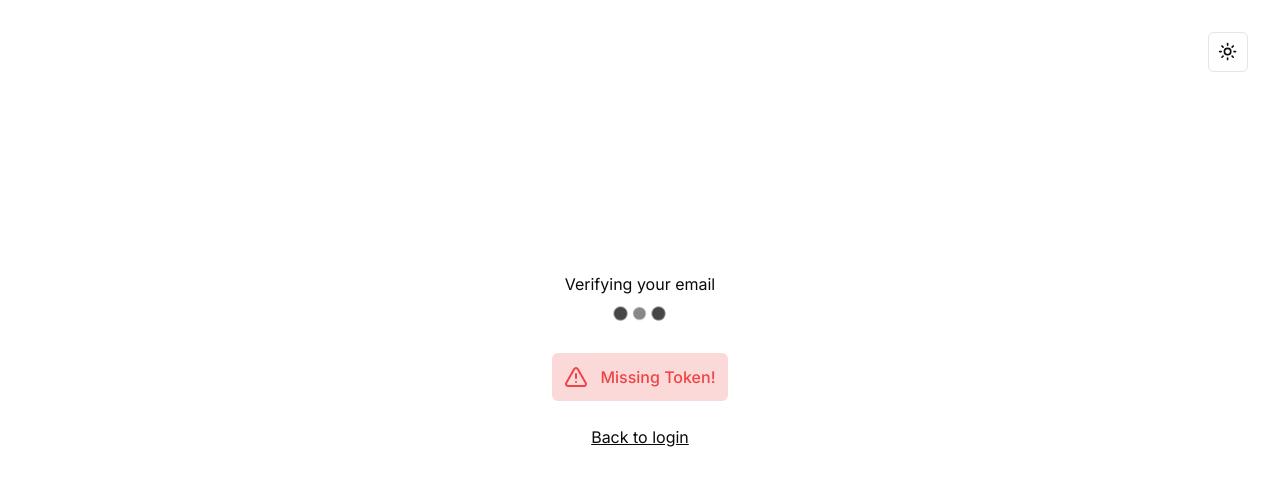
Repository: nickgoel31/authentication-toolkit
Page: /auth/verify-email
An editor plug-in stored every save of this project. The page is shown before and after the next save, followed by the edit.
The browser window is 1280 px wide. The pictures show the whole page.
The project was rebuilt for these pictures with package versions that can differ from the ones it lists, and the page was loaded fresh each time. The framework's server and built-in components were replaced by stand-ins that run in the browser. Also part of the build but not shown: next.config.mjs, components/auth/success-message.tsx.

Above is the page before, as saved 2024-02-05 20:01:19.

### app/layout.tsx
import type { Metadata } from "next";
import { Inter } from "next/font/google";
import "./globals.css";
import { ThemeProvider } from "@/providers/theme-provider";
import { ModeToggle } from "@/components/mode-toggle";

const inter = Inter({ subsets: ["latin"] });

export const metadata: Metadata = {
  title: "Authentication App",
  description: "Generated by create next app",
};

export default function RootLayout({
  children,
}: Readonly<{
  children: React.ReactNode;
}>) {
  return (
    <html lang="en">
      <body className={inter.className}>
      <ThemeProvider
        attribute="class"
        defaultTheme="system"
        enableSystem
        disableTransitionOnChange
        >
        <div className="relative h-full">
          {children}

        </div>

      </ThemeProvider>
      </body>
    </html>
  );
}

### app/(auth)/layout.tsx
import { ModeToggle } from '@/components/mode-toggle'
import React from 'react'

const AuthLayout = ({children} : {children:React.ReactNode}) => {
  return (
    <div className='h-full flex flex-col items-center justify-center relative'>
      <div className="absolute top-8 right-8">
            <ModeToggle />
          </div>
        {children}
    </div>
  )
}

export default AuthLayout

### app/(auth)/auth/verify-email/page.tsx
"use client"


import { newVerification } from '@/actions/new-verification'
import ErrorMessage from '@/components/auth/error-message'
import SuccessMessage from '@/components/auth/success-message'
import Link from 'next/link'
import { useSearchParams } from 'next/navigation'
import React, { useCallback, useEffect, useState } from 'react'
import {BeatLoader} from "react-spinners"

const VerifyEmailPage = () => {
  const [error, setError] = useState<string | undefined>()
  const [success, setSuccess] = useState<string | undefined>()

    const searchParams = useSearchParams()

    const token = searchParams.get("token");

    const onSubmit = useCallback(() => {
      if(!token){
        setError("Missing Token!")
        return;
      }
      newVerification(token)
      .then((data) => {
        setSuccess(data.success);
        setError(data.error);
      })
      .catch(() => {
        setError("Something went wrong!")
      })
    },[])

    useEffect(() => {
      onSubmit()
    },[onSubmit])


  return (
    <div className='flex items-center justify-center gap-2 flex-col'>
        <h1>Verifying your email</h1>
        <div className='dark:hidden'>
            <BeatLoader />
        </div>
        <div className='hidden dark:block'>
            <BeatLoader color='white'/>
        </div>
        <SuccessMessage message={success}/>
        <ErrorMessage message={error}/>
        <Link href={"/sign-in"} className='underline'>Back to login</Link>
    </div>
  )
}

export default VerifyEmailPage

### app/globals.css
@tailwind base;
@tailwind components;
@tailwind utilities;

html,body{
  height: 100%;
}

@layer base {
  :root {
    --background: 0 0% 100%;
    --foreground: 0 0% 3.9%;

    --card: 0 0% 100%;
    --card-foreground: 0 0% 3.9%;

    --popover: 0 0% 100%;
    --popover-foreground: 0 0% 3.9%;

    --primary: 0 0% 9%;
    --primary-foreground: 0 0% 98%;

    --secondary: 0 0% 96.1%;
    --secondary-foreground: 0 0% 9%;

    --muted: 0 0% 96.1%;
    --muted-foreground: 0 0% 45.1%;

    --accent: 0 0% 96.1%;
    --accent-foreground: 0 0% 9%;

    --destructive: 0 84.2% 60.2%;
    --destructive-foreground: 0 0% 98%;

    --border: 0 0% 89.8%;
    --input: 0 0% 89.8%;
    --ring: 0 0% 3.9%;

    --radius: 0.5rem;
  }

  .dark {
    --background: 0 0% 3.9%;
    --foreground: 0 0% 98%;

    --card: 0 0% 3.9%;
    --card-foreground: 0 0% 98%;

    --popover: 0 0% 3.9%;
    --popover-foreground: 0 0% 98%;

    --primary: 0 0% 98%;
    --primary-foreground: 0 0% 9%;

    --secondary: 0 0% 14.9%;
    --secondary-foreground: 0 0% 98%;

    --muted: 0 0% 14.9%;
    --muted-foreground: 0 0% 63.9%;

    --accent: 0 0% 14.9%;
    --accent-foreground: 0 0% 98%;

    --destructive: 0 62.8% 30.6%;
    --destructive-foreground: 0 0% 98%;

    --border: 0 0% 14.9%;
    --input: 0 0% 14.9%;
    --ring: 0 0% 83.1%;
  }
}

@layer base {
  * {
    @apply border-border;
  }
  body {
    @apply bg-background text-foreground;
  }
}

### components/mode-toggle.tsx
"use client"

import * as React from "react"
import { Moon, Sun } from "lucide-react"
import { useTheme } from "next-themes"

import { Button } from "@/components/ui/button"
import {
  DropdownMenu,
  DropdownMenuContent,
  DropdownMenuItem,
  DropdownMenuTrigger,
} from "@/components/ui/dropdown-menu"

export function ModeToggle() {
  const { setTheme } = useTheme()

  return (
    <DropdownMenu>
      <DropdownMenuTrigger asChild>
        <Button variant="outline" size="icon">
          <Sun className="h-[1.2rem] w-[1.2rem] rotate-0 scale-100 transition-all dark:-rotate-90 dark:scale-0" />
          <Moon className="absolute h-[1.2rem] w-[1.2rem] rotate-90 scale-0 transition-all dark:rotate-0 dark:scale-100" />
          <span className="sr-only">Toggle theme</span>
        </Button>
      </DropdownMenuTrigger>
      <DropdownMenuContent align="end">
        <DropdownMenuItem onClick={() => setTheme("light")}>
          Light
        </DropdownMenuItem>
        <DropdownMenuItem onClick={() => setTheme("dark")}>
          Dark
        </DropdownMenuItem>
        <DropdownMenuItem onClick={() => setTheme("system")}>
          System
        </DropdownMenuItem>
      </DropdownMenuContent>
    </DropdownMenu>
  )
}

### actions/new-verification.ts
"use server"

import { getUserByEmail } from "@/helpers/auth-helper"
import { getVerificationTokenByToken } from "@/helpers/verification-helper"
import { db } from "@/lib/db"

export const newVerification = async (token:string) => {
    const existingToken = await getVerificationTokenByToken(token)

    if(!existingToken){
        return {error: "Token does not exist!"}
    }

    const hasExpired = new Date(existingToken.expiresOn) < new Date();

    if(hasExpired) {
        return {error: "Your Token has expired"}
    }

    const existingUser = await getUserByEmail(existingToken.email);

    if(!existingUser){
        return {error: "Email doesn't exist!"}
    }

    await db.user.update({
        where:{id: existingUser.id},
        data: {
            emailVerified: new Date(),
            email: existingToken.email
        }
    })

    await db.verificationToken.delete({
        where: {id:existingToken.id}
    })

    return {success: "Email Verified!"}

}

### components/auth/error-message.tsx
import { AlertTriangle } from 'lucide-react'
import React from 'react'

const ErrorMessage = ({message} : {message?: string}) => {

    if(!message) return null;

  return (
    <div className='w-full p-3 flex items-center bg-destructive/20 text-destructive mt-4 gap-3 font-medium mb-4 rounded-md'>
        <AlertTriangle />
        {message}
    </div>
  )
}

export default ErrorMessage

### components/ui/button.tsx
import * as React from "react"
import { Slot } from "@radix-ui/react-slot"
import { cva, type VariantProps } from "class-variance-authority"

import { cn } from "@/lib/utils"

const buttonVariants = cva(
  "inline-flex items-center justify-center whitespace-nowrap rounded-md text-sm font-medium ring-offset-background transition-colors focus-visible:outline-none focus-visible:ring-2 focus-visible:ring-ring focus-visible:ring-offset-2 disabled:pointer-events-none disabled:opacity-50",
  {
    variants: {
      variant: {
        default: "bg-primary text-primary-foreground hover:bg-primary/90",
        destructive:
          "bg-destructive text-destructive-foreground hover:bg-destructive/90",
        outline:
          "border border-input bg-background hover:bg-accent hover:text-accent-foreground",
        secondary:
          "bg-secondary text-secondary-foreground hover:bg-secondary/80",
        ghost: "hover:bg-accent hover:text-accent-foreground",
        link: "text-primary underline-offset-4 hover:underline",
      },
      size: {
        default: "h-10 px-4 py-2",
        sm: "h-9 rounded-md px-3",
        lg: "h-11 rounded-md px-8",
        icon: "h-10 w-10",
      },
    },
    defaultVariants: {
      variant: "default",
      size: "default",
    },
  }
)

export interface ButtonProps
  extends React.ButtonHTMLAttributes<HTMLButtonElement>,
    VariantProps<typeof buttonVariants> {
  asChild?: boolean
}

const Button = React.forwardRef<HTMLButtonElement, ButtonProps>(
  ({ className, variant, size, asChild = false, ...props }, ref) => {
    const Comp = asChild ? Slot : "button"
    return (
      <Comp
        className={cn(buttonVariants({ variant, size, className }))}
        ref={ref}
        {...props}
      />
    )
  }
)
Button.displayName = "Button"

export { Button, buttonVariants }

### components/ui/dropdown-menu.tsx
"use client"

import * as React from "react"
import * as DropdownMenuPrimitive from "@radix-ui/react-dropdown-menu"
import { Check, ChevronRight, Circle } from "lucide-react"

import { cn } from "@/lib/utils"

const DropdownMenu = DropdownMenuPrimitive.Root

const DropdownMenuTrigger = DropdownMenuPrimitive.Trigger

const DropdownMenuGroup = DropdownMenuPrimitive.Group

const DropdownMenuPortal = DropdownMenuPrimitive.Portal

const DropdownMenuSub = DropdownMenuPrimitive.Sub

const DropdownMenuRadioGroup = DropdownMenuPrimitive.RadioGroup

const DropdownMenuSubTrigger = React.forwardRef<
  React.ElementRef<typeof DropdownMenuPrimitive.SubTrigger>,
  React.ComponentPropsWithoutRef<typeof DropdownMenuPrimitive.SubTrigger> & {
    inset?: boolean
  }
>(({ className, inset, children, ...props }, ref) => (
  <DropdownMenuPrimitive.SubTrigger
    ref={ref}
    className={cn(
      "flex cursor-default select-none items-center rounded-sm px-2 py-1.5 text-sm outline-none focus:bg-accent data-[state=open]:bg-accent",
      inset && "pl-8",
      className
    )}
    {...props}
  >
    {children}
    <ChevronRight className="ml-auto h-4 w-4" />
  </DropdownMenuPrimitive.SubTrigger>
))
DropdownMenuSubTrigger.displayName =
  DropdownMenuPrimitive.SubTrigger.displayName

const DropdownMenuSubContent = React.forwardRef<
  React.ElementRef<typeof DropdownMenuPrimitive.SubContent>,
  React.ComponentPropsWithoutRef<typeof DropdownMenuPrimitive.SubContent>
>(({ className, ...props }, ref) => (
  <DropdownMenuPrimitive.SubContent
    ref={ref}
    className={cn(
      "z-50 min-w-[8rem] overflow-hidden rounded-md border bg-popover p-1 text-popover-foreground shadow-lg data-[state=open]:animate-in data-[state=closed]:animate-out data-[state=closed]:fade-out-0 data-[state=open]:fade-in-0 data-[state=closed]:zoom-out-95 data-[state=open]:zoom-in-95 data-[side=bottom]:slide-in-from-top-2 data-[side=left]:slide-in-from-right-2 data-[side=right]:slide-in-from-left-2 data-[side=top]:slide-in-from-bottom-2",
      className
    )}
    {...props}
  />
))
DropdownMenuSubContent.displayName =
  DropdownMenuPrimitive.SubContent.displayName

const DropdownMenuContent = React.forwardRef<
  React.ElementRef<typeof DropdownMenuPrimitive.Content>,
  React.ComponentPropsWithoutRef<typeof DropdownMenuPrimitive.Content>
>(({ className, sideOffset = 4, ...props }, ref) => (
  <DropdownMenuPrimitive.Portal>
    <DropdownMenuPrimitive.Content
      ref={ref}
      sideOffset={sideOffset}
      className={cn(
        "z-50 min-w-[8rem] overflow-hidden rounded-md border bg-popover p-1 text-popover-foreground shadow-md data-[state=open]:animate-in data-[state=closed]:animate-out data-[state=closed]:fade-out-0 data-[state=open]:fade-in-0 data-[state=closed]:zoom-out-95 data-[state=open]:zoom-in-95 data-[side=bottom]:slide-in-from-top-2 data-[side=left]:slide-in-from-right-2 data-[side=right]:slide-in-from-left-2 data-[side=top]:slide-in-from-bottom-2",
        className
      )}
      {...props}
    />
  </DropdownMenuPrimitive.Portal>
))
DropdownMenuContent.displayName = DropdownMenuPrimitive.Content.displayName

const DropdownMenuItem = React.forwardRef<
  React.ElementRef<typeof DropdownMenuPrimitive.Item>,
  React.ComponentPropsWithoutRef<typeof DropdownMenuPrimitive.Item> & {
    inset?: boolean
  }
>(({ className, inset, ...props }, ref) => (
  <DropdownMenuPrimitive.Item
    ref={ref}
    className={cn(
      "relative flex cursor-default select-none items-center rounded-sm px-2 py-1.5 text-sm outline-none transition-colors focus:bg-accent focus:text-accent-foreground data-[disabled]:pointer-events-none data-[disabled]:opacity-50",
      inset && "pl-8",
      className
    )}
    {...props}
  />
))
DropdownMenuItem.displayName = DropdownMenuPrimitive.Item.displayName

const DropdownMenuCheckboxItem = React.forwardRef<
  React.ElementRef<typeof DropdownMenuPrimitive.CheckboxItem>,
  React.ComponentPropsWithoutRef<typeof DropdownMenuPrimitive.CheckboxItem>
>(({ className, children, checked, ...props }, ref) => (
  <DropdownMenuPrimitive.CheckboxItem
    ref={ref}
    className={cn(
      "relative flex cursor-default select-none items-center rounded-sm py-1.5 pl-8 pr-2 text-sm outline-none transition-colors focus:bg-accent focus:text-accent-foreground data-[disabled]:pointer-events-none data-[disabled]:opacity-50",
      className
    )}
    checked={checked}
    {...props}
  >
    <span className="absolute left-2 flex h-3.5 w-3.5 items-center justify-center">
      <DropdownMenuPrimitive.ItemIndicator>
        <Check className="h-4 w-4" />
      </DropdownMenuPrimitive.ItemIndicator>
    </span>
    {children}
  </DropdownMenuPrimitive.CheckboxItem>
))
DropdownMenuCheckboxItem.displayName =
  DropdownMenuPrimitive.CheckboxItem.displayName

const DropdownMenuRadioItem = React.forwardRef<
  React.ElementRef<typeof DropdownMenuPrimitive.RadioItem>,
  React.ComponentPropsWithoutRef<typeof DropdownMenuPrimitive.RadioItem>
>(({ className, children, ...props }, ref) => (
  <DropdownMenuPrimitive.RadioItem
    ref={ref}
    className={cn(
      "relative flex cursor-default select-none items-center rounded-sm py-1.5 pl-8 pr-2 text-sm outline-none transition-colors focus:bg-accent focus:text-accent-foreground data-[disabled]:pointer-events-none data-[disabled]:opacity-50",
      className
    )}
    {...props}
  >
    <span className="absolute left-2 flex h-3.5 w-3.5 items-center justify-center">
      <DropdownMenuPrimitive.ItemIndicator>
        <Circle className="h-2 w-2 fill-current" />
      </DropdownMenuPrimitive.ItemIndicator>
    </span>
    {children}
  </DropdownMenuPrimitive.RadioItem>
))
DropdownMenuRadioItem.displayName = DropdownMenuPrimitive.RadioItem.displayName

const DropdownMenuLabel = React.forwardRef<
  React.ElementRef<typeof DropdownMenuPrimitive.Label>,
  React.ComponentPropsWithoutRef<typeof DropdownMenuPrimitive.Label> & {
    inset?: boolean
  }
>(({ className, inset, ...props }, ref) => (
  <DropdownMenuPrimitive.Label
    ref={ref}
    className={cn(
      "px-2 py-1.5 text-sm font-semibold",
      inset && "pl-8",
      className
    )}
    {...props}
  />
))
DropdownMenuLabel.displayName = DropdownMenuPrimitive.Label.displayName

const DropdownMenuSeparator = React.forwardRef<
  React.ElementRef<typeof DropdownMenuPrimitive.Separator>,
  React.ComponentPropsWithoutRef<typeof DropdownMenuPrimitive.Separator>
>(({ className, ...props }, ref) => (
  <DropdownMenuPrimitive.Separator
    ref={ref}
    className={cn("-mx-1 my-1 h-px bg-muted", className)}
    {...props}
  />
))
DropdownMenuSeparator.displayName = DropdownMenuPrimitive.Separator.displayName

const DropdownMenuShortcut = ({
  className,
  ...props
}: React.HTMLAttributes<HTMLSpanElement>) => {
  return (
    <span
      className={cn("ml-auto text-xs tracking-widest opacity-60", className)}
      {...props}
    />
  )
}
DropdownMenuShortcut.displayName = "DropdownMenuShortcut"

export {
  DropdownMenu,
  DropdownMenuTrigger,
  DropdownMenuContent,
  DropdownMenuItem,
  DropdownMenuCheckboxItem,
  DropdownMenuRadioItem,
  DropdownMenuLabel,
  DropdownMenuSeparator,
  DropdownMenuShortcut,
  DropdownMenuGroup,
  DropdownMenuPortal,
  DropdownMenuSub,
  DropdownMenuSubContent,
  DropdownMenuSubTrigger,
  DropdownMenuRadioGroup,
}

### helpers/auth-helper.ts
import { db } from "@/lib/db";

export const getUserByEmail = async (email: string) => {

    const user = await db.user.findUnique({
        where:{
            email
        }
    })

    return user;

}

export const getUserByUserName = async (userName: string) => {

    const user = await db.user.findUnique({
        where:{
            userName
        }
    })

    return user;

}

export const getUserById = async (id: string) => {

    const user = await db.user.findUnique({
        where:{
            id
        }
    })

    return user;

}

### helpers/verification-helper.ts
import { db } from "@/lib/db";

export const getVerificationTokenByEmail = async (email: string) => {

    try {
        const verificationToken = await db.verificationToken.findFirst({
            where:{
                email
            }
        })

        return verificationToken;
    } catch {
        return null;
    }


}

export const getVerificationTokenByToken = async (token: string) => {

    try {
        const verificationToken = await db.verificationToken.findUnique({
            where:{
                token
            }
        })

        return verificationToken;
    } catch {
        return null;
    }


}

### lib/db.ts
import { PrismaClient } from "@prisma/client";

declare global {
    var prisma: PrismaClient | undefined;
}

export const db = globalThis.prisma || new PrismaClient()
if (process.env.NODE_ENV !== 'production') globalThis.prisma = db

Loaded but not shown: providers/theme-provider.tsx (common file); lib/utils.ts (common file); tailwind.config.ts (common file)

After the next save:
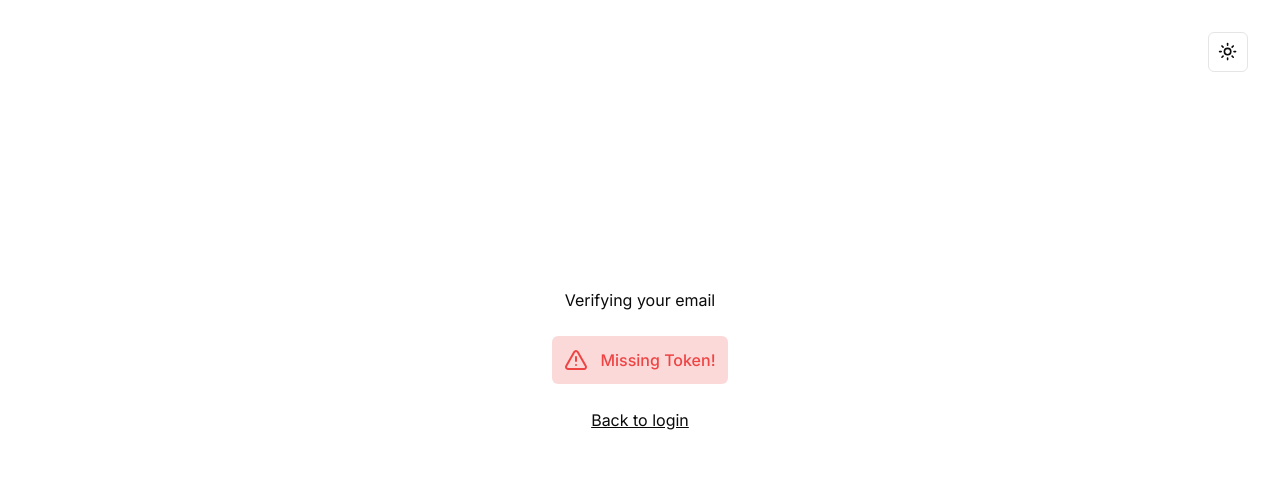
Saved 2 min 9 s later.
--- a/app/(auth)/auth/verify-email/page.tsx
+++ b/app/(auth)/auth/verify-email/page.tsx
@@ -40,12 +40,17 @@ const VerifyEmailPage = () => {
   return (
     <div className='flex items-center justify-center gap-2 flex-col'>
         <h1>Verifying your email</h1>
-        <div className='dark:hidden'>
+
+        {!success && !error && (
+          <>
+          <div className='dark:hidden'>
             <BeatLoader />
         </div>
         <div className='hidden dark:block'>
             <BeatLoader color='white'/>
-        </div>
+        </div></>
+        )}
+
         <SuccessMessage message={success}/>
         <ErrorMessage message={error}/>
         <Link href={"/sign-in"} className='underline'>Back to login</Link>
